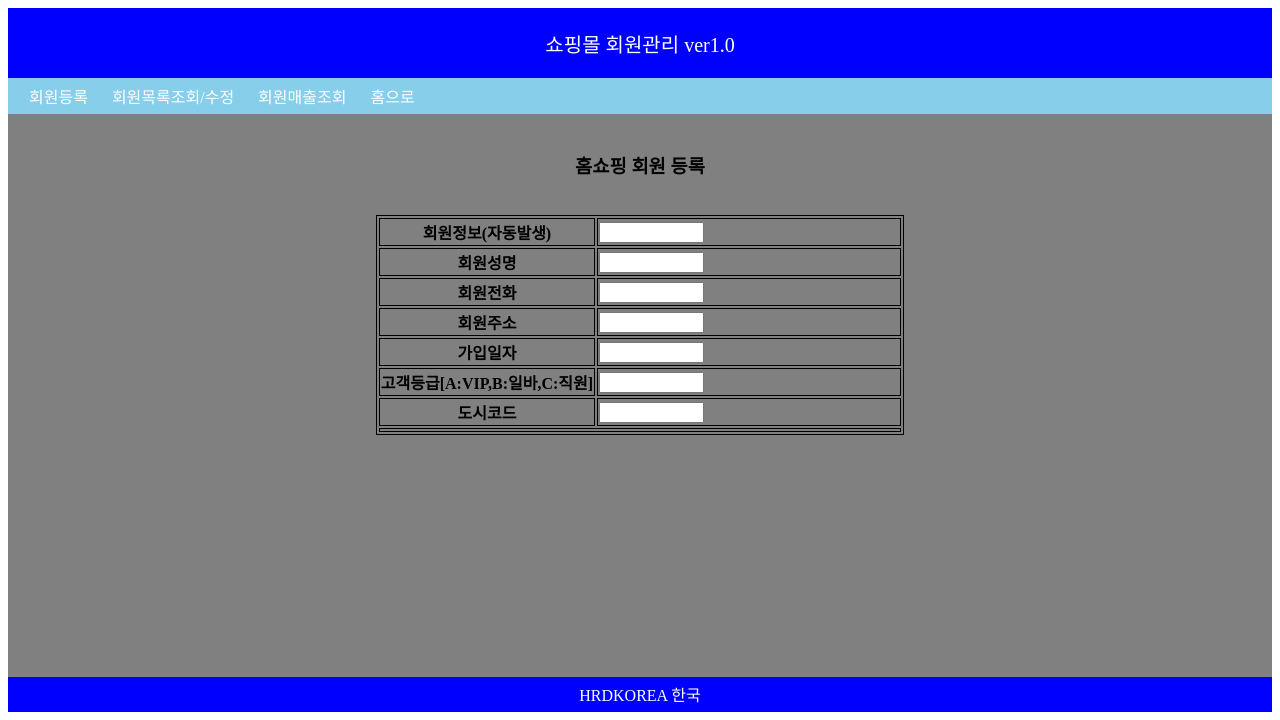
Repository: choigobin/Programming
Page: http://localhost/HRD_1119/insert.jsp
An editor plug-in stored every save of this project. The page is shown before and after the next save, followed by the edit.
The browser window is 1280 px wide. The pictures show the whole page.
The page is served by Tomcat 9.

Above is the page before, as saved 2019-11-19 07:12:20.

### YangJung/workspace/HRD_1119/WebContent/insert.jsp
<%@ page language="java" contentType="text/html; charset=UTF-8"
    pageEncoding="UTF-8"%>
<%@include file="header.jsp" %>
	<br />
	<h3 align="center">홈쇼핑 회원 등록</h3>
	<br />
	<form action="">
	<table align="center">
		<tr>
			<th>회원정보(자동발생)</th>
			<td width="300">
				<input type="text" size=10; name="custno">
			</td>
		</tr>
		<tr>
			<th>회원성명</th>
			<td>
				<input type="text" size=10; name="">
			</td>
		</tr>
		<tr>
			<th>회원전화</th>
			<td>
				<input type="text" size=10; name="">
			</td>
		</tr>
		<tr>
			<th>회원주소</th>
			<td>
				<input type="text" size=10; name="">
			</td>
		</tr>
		<tr>
			<th>가입일자</th>
			<td>
				<input type="text" size=10; name="">
			</td>
		</tr>
		<tr>
			<th>고객등급[A:VIP,B:일바,C:직원]</th>
			<td>
				<input type="text" size=10; name="">
			</td>
		</tr>
		<tr>
			<th>도시코드</th>
			<td>
				<input type="text" size=10; name="">
			</td>
		</tr>
		<tr>
			<td colspan="2">

			</td>
		</tr>
	</table>
	</form>
<%@include file="footer.jsp" %>

### YangJung/workspace/HRD_1119/WebContent/header.jsp
<%@ page language="java" contentType="text/html; charset=UTF-8"
    pageEncoding="UTF-8"%>
<html>
<head>
<meta charset="UTF-8">
<style>
#tb1 {
		height:100%; width:100%;
		border: 0px;
		border-collapse: collapse;
		}
table{
	border: solid black 1px;
	border-collapse: separate;
	}
#t1 {
	border: 0px;
	}
tr,td,th{
	border: solid black 1px;
	}
a{
	color:white;
	text-decoration:none;
}
</style>
<title>쇼핑몰 회원관리</title>
</head>
<body>
<table id="tb1">
<tr id="t1" height="10%"><%-- header --%>
	<td id="t1" bgcolor="blue" align="center">
		<span style="font-size:20px; color:white;">쇼핑몰 회원관리 ver1.0</span>
	</td>
</tr>
<tr id="t1" height="5%"><%-- nav --%>
	<td id="t1" bgcolor="skyblue" align="left">
		<span style="color:white;">
			&nbsp&nbsp&nbsp&nbsp
			<a href="#">회원등록</a>
			&nbsp&nbsp&nbsp&nbsp
			<a href="#">회원목록조회/수정</a>
			&nbsp&nbsp&nbsp&nbsp
			<a href="#">회원매출조회</a>
			&nbsp&nbsp&nbsp&nbsp
			<a href="index.jsp">홈으로</a>
		</span>
	</td>
</tr>
<tr id="t1">
	<td id="t1" bgcolor="gray" valign="top">

### YangJung/workspace/HRD_1119/WebContent/footer.jsp
	</td>
</tr>
<tr id="t1" height="5%"><%-- footer --%>
	<td id="t1" bgcolor="blue" align="center">
		<span style="color:white;">HRDKOREA 한국</span>
	</td>
</tr>
</table>
</body>
</html>
<%@ page language="java" contentType="text/html; charset=UTF-8"
    pageEncoding="UTF-8"%>

After the next save:
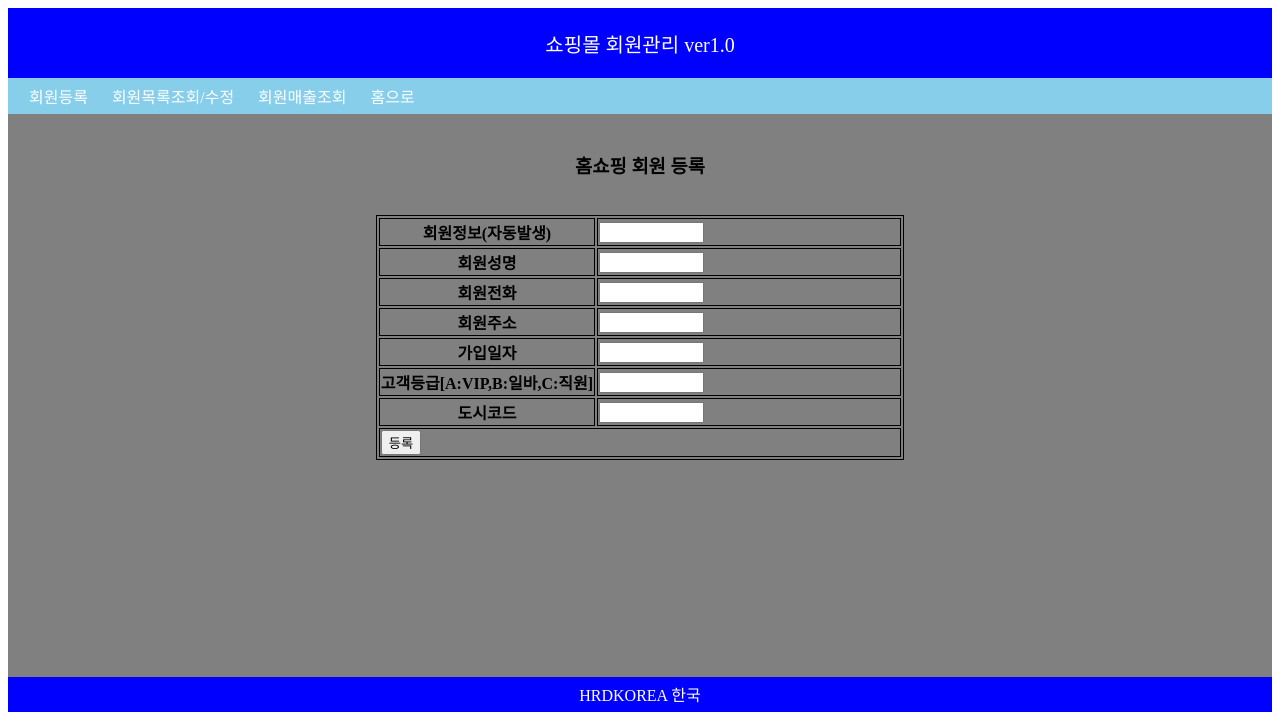
Saved 12 s later.
--- a/YangJung/workspace/HRD_1119/WebContent/insert.jsp
+++ b/YangJung/workspace/HRD_1119/WebContent/insert.jsp
@@ -50,7 +50,7 @@
 		</tr>
 		<tr>
 			<td colspan="2">
-
+				<input type="submit" value="등록">
 			</td>
 		</tr>
 	</table>
